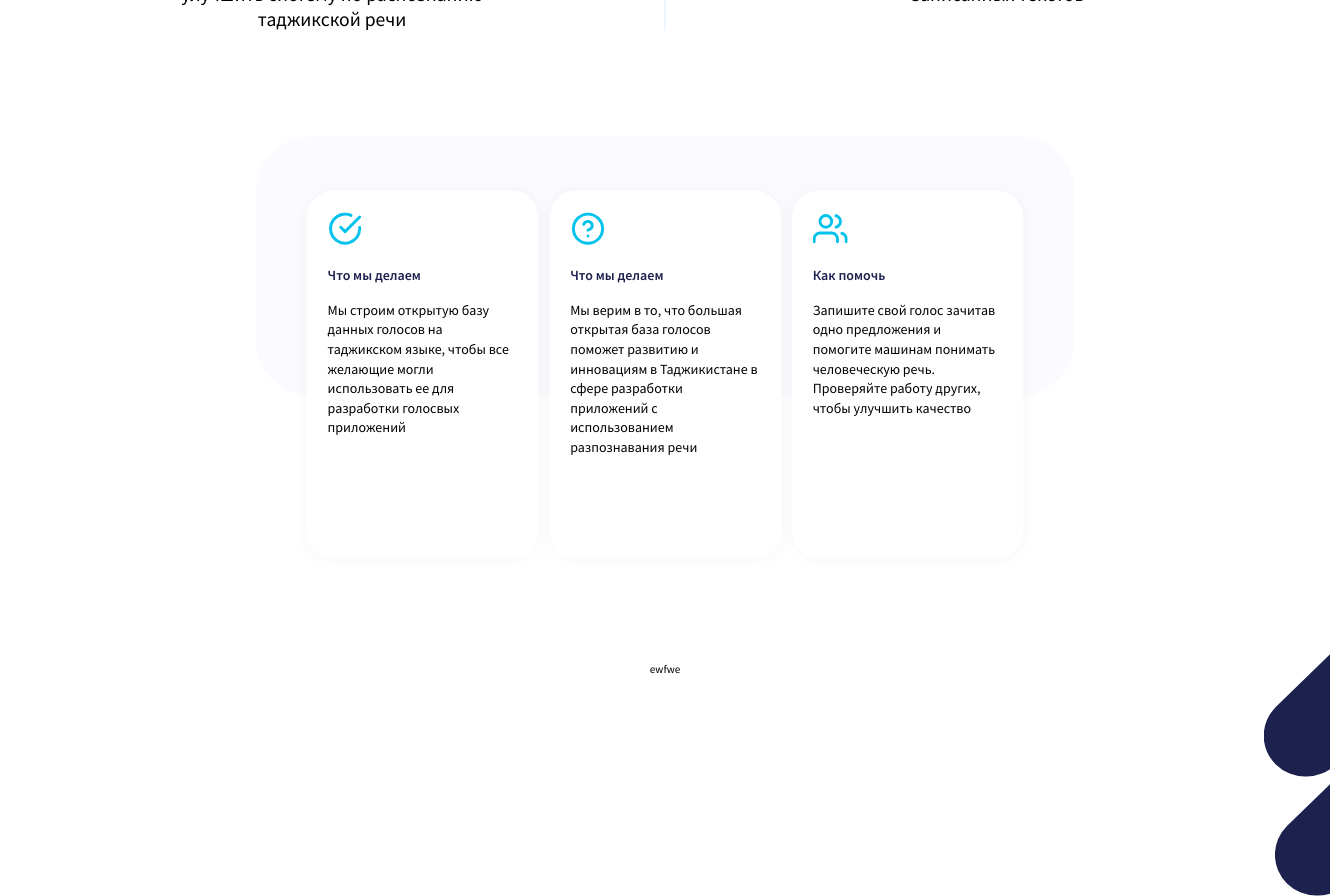
Repository: Amin444/Paymona-Sadp
Page: index.html
The author's editor kept a copy of each file at every save. The page is drawn from the files as they stood at one save, then again after the next save.
The browser window is 1280 px wide. The page is 1900 px wide, so the pictures cover 1900 px, including what lies to the right of the window. The pictures show the part of the page from y = 804 to 2084 px (the page is 2084 px tall), at 70% of full size.

Above is the page before, as saved 2021-11-11 18:08:58.

After the next save:
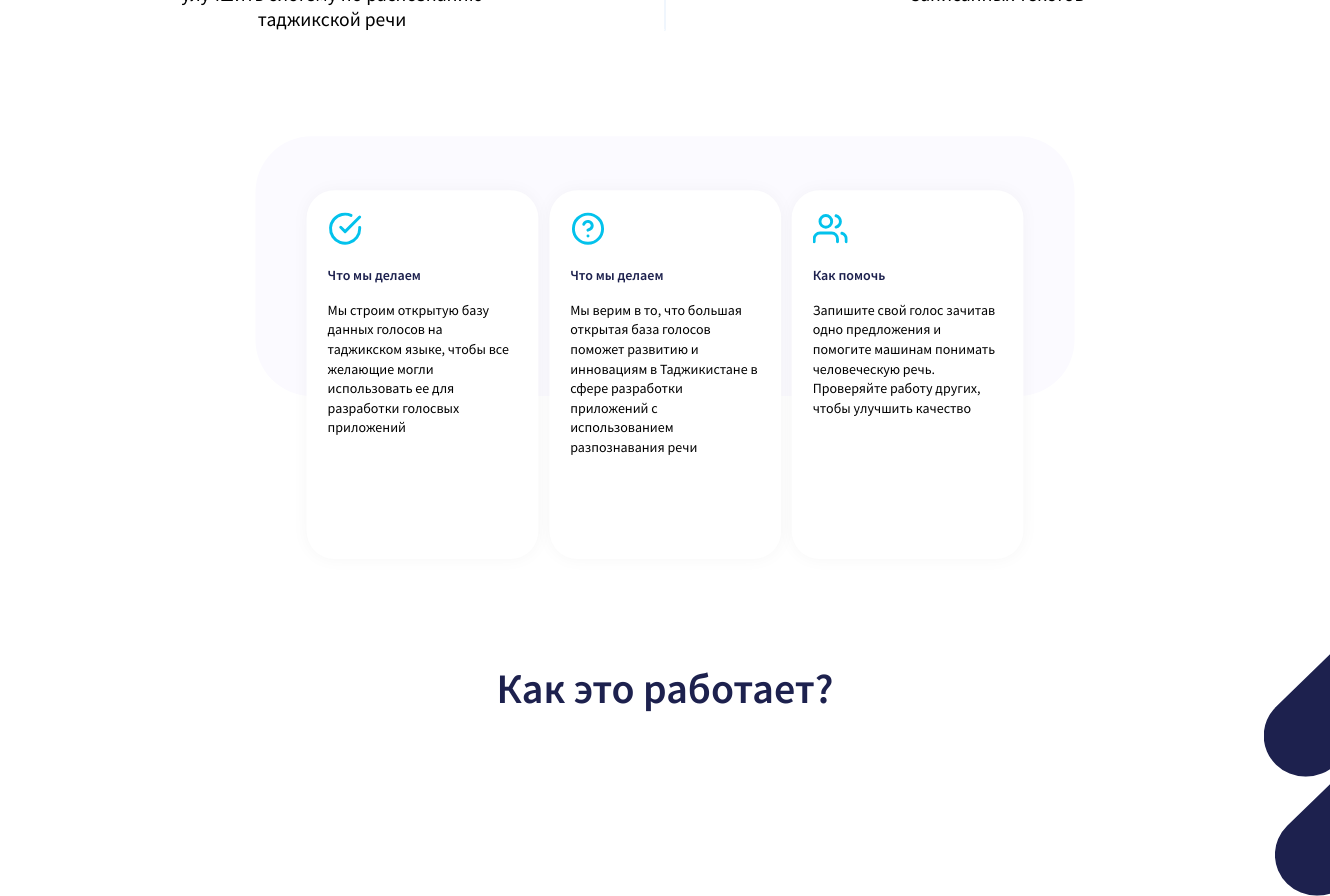
Saved 3 min 6 s later.
--- a/index.html
+++ b/index.html
@@ -105,7 +105,7 @@
           <img src="./img/Rectangle.svg" class='qwe'>
           <img src="./img/Rectangle2.svg" class='qwe2'>
           <div class="work-block">
-            ewfwe
+            <h1>Как это работает?</h1>
           </div>
         </div>
 
